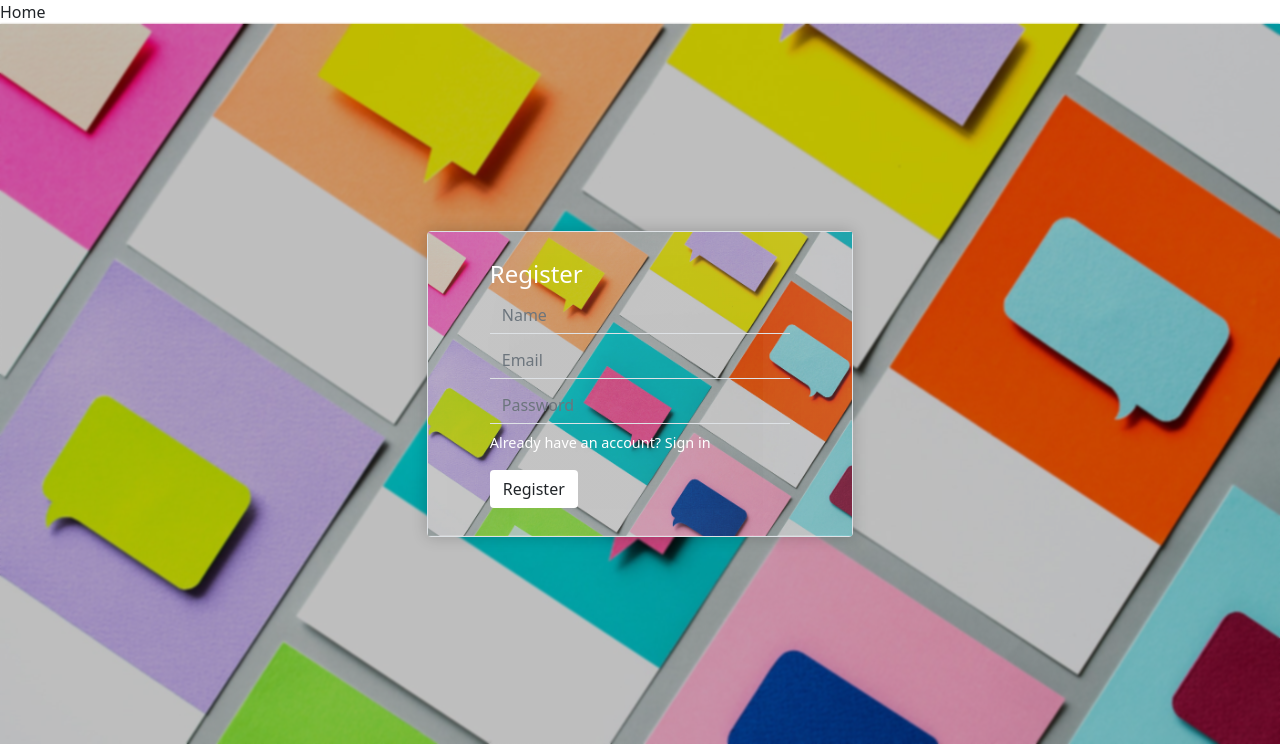
Repository: SaudCh/React-login
Page: /register
The author's editor kept a copy of each file at every save. The page is drawn from the files as they stood at one save, then again after the next save.
The browser window is 1280 px wide. The pictures show the whole page.
The project was rebuilt for these pictures with package versions that can differ from the ones it lists, and the page was loaded fresh each time. Also part of the build but not shown: src/Components/Login/logincss.js, src/Components/Login/loginValidation.js, src/Components/Login/Login.jsx.

Above is the page before, as saved 2022-02-06 13:45:09.

### src/App.js
import Login from './Components/Login/Login';
import Register from './Components/Register/Register'
import '../node_modules/bootstrap/dist/css/bootstrap.min.css'
import { Routes, Route } from 'react-router-dom'
import Home from './Components/Home/Home';

function App() {
  return (
    <>
      <Routes>
        <Route path="/" element={<Home />} />
        <Route path="*" element={<Home />} />
      </Routes >
      <Routes>
        <Route path="login" element={<Login />} />
        <Route path="register" element={<Register />} />
      </Routes>
    </>
  );
}

export default App;

### src/Components/Register/Register.jsx
import React, { useState } from "react";
import "./Register.css";
import { formStyle } from "./RegsiterCss";
import axios from "axios";
import { registrationValidation } from "./RegisterValidation";
import { Link } from "react-router-dom";

export default function Register() {
  const [name, setName] = useState();
  const [email, setEmail] = useState();
  const [password, setPassword] = useState();
  const [error, setError] = useState("");

  const formSubmit = (e) => {
    setError("");
    e.preventDefault();
    const data = {
      name: name,
      email: email,
      password: password,
    };

    const errors = registrationValidation(data);

    console.log(Object.keys(errors).length);

    if (Object.keys(errors).length !== 0) {
      setError(errors);
      return;
    }

    axios
      .post("http://localhost:5000/api/user/register", data)
      .then(function (response) {
        console.log(response);
      })
      .catch(function (error) {
        let err;
        if (error.response) {
          err = error.response.data.message;
        } else if (error.request) {
          err = error.toJSON().message;
        } else {
          err = error.message;
        }
        setError({ api: err });
      });
  };

  return (
    <div>
      <div className="container-fluid">
        <div className="row background-image">
          <div className="col-10 col-md-4 background-text border rounded">
            <form onSubmit={formSubmit} className="col-9">
              {error.api && <p className="text-danger p-0 m-0">{error.api}</p>}
              <div className="my-2">
                <h4 className="text-white">Register </h4>
              </div>
              <div className="my-2">
                <input
                  type="text"
                  style={formStyle}
                  value={name}
                  onChange={(name) => setName(name.target.value)}
                  className="form-control border-bottom hlo"
                  id="name"
                  placeholder="Name"
                />
                {error.name && (
                  <p className="text-danger p-0 m-0">{error.name}</p>
                )}
              </div>
              <div className="form-group my-2">
                <input
                  style={formStyle}
                  value={email}
                  onChange={(email) => setEmail(email.target.value)}
                  type="email"
                  class="form-control border-bottom"
                  id="email"
                  placeholder="Email"
                />
                {error.email && (
                  <p className="text-danger p-0 m-0">{error.email}</p>
                )}
              </div>
              <div className="form-group my-2">
                <input
                  style={formStyle}
                  value={password}
                  onChange={(password) => setPassword(password.target.value)}
                  type="password"
                  class="form-control border-bottom"
                  id="password"
                  placeholder="Password"
                />
                {error.password && (
                  <p className="text-danger p-0 m-0">{error.password}</p>
                )}
              </div>
              <div className="my-2">
                <div>
                  <p className="text-white" style={{ fontSize: "0.9rem" }}>
                    Already have an account?{" "}
                    <Link
                      to="/login"
                      class="text-white"
                      style={{ textDecoration: "none" }}
                    >
                      Sign in
                    </Link>
                  </p>
                </div>
                <button className="btn" style={{ backgroundColor: "white" }}>
                  Register
                </button>
              </div>
            </form>
          </div>
        </div>
      </div>
    </div>
  );
}

### src/Components/Login/Login.css
:root {
  --primary: rgba(254, 113, 145, 0.4);
  --secondary: rgba(255, 133, 133, 0.4);
}
.login-background-image {
  height: 100vh;
  width: 100vw;

  background: linear-gradient(to top right, var(--primary), var(--secondary)),
    url("../Images/back.jpg") no-repeat center center / cover;
}

.login-btn {
  width: 100%;
  border: none;
  border-radius: 25px;
  padding: 5px 0;
  color: white;
  background: linear-gradient(
    to right,
    rgb(254, 113, 145),
    rgb(255, 133, 133)
  );
}

input:hover,
input:active,
input:focus,
input:-webkit-autofill {
  outline: 0px !important;
  -webkit-appearance: none;
  box-shadow: none !important;
}
input:-webkit-autofill,
input:-webkit-autofill:focus {
  transition: background-color 600000s 0s, color 600000s 0s;
}

### src/Components/Register/Register.css
.background-image {
  background-image: linear-gradient(rgba(0, 0, 0, 0.2), rgba(0, 0, 0, 0.2)),
    url("../Images/back.jpg");
  background-position: center;
  background-repeat: no-repeat;
  background-size: cover;

  height: 100vh;
  justify-content: center;
  align-items: center;

  position: relative;
  z-index: 1;
}
.background-image::before {
  content: "";
  position: absolute;
  background: inherit;
  top: 0;
  bottom: 0;
  left: 0;
  right: 0;
  filter: blur(1px);
  z-index: -1;
}

.background-text {
  padding: 20px 0px;
  display: flex;
  justify-content: center;
  align-items: center;

  box-shadow: 0 0 1rem 0 rgba(0, 0, 0, 0.2);
  position: relative;
  background: inherit;
  z-index: 1;
}
.background-text::before {
  content: "";
  position: absolute;
  background: inherit;
  top: 0;
  bottom: 0;
  left: 0;
  right: 0;
  box-shadow: inset 0 0 2000px rgba(255, 255, 255, 0.3);
  /* filter: blur(1px); */
  z-index: -1;
}

input:hover,
input:active,
input:focus,
input:-webkit-autofill {
  outline: 0px !important;
  -webkit-appearance: none;
  box-shadow: none !important;
}
input:-webkit-autofill,
input:-webkit-autofill:focus {
  transition: background-color 600000s 0s, color 600000s 0s;
}

### src/Components/Register/RegsiterCss.js
export const formStyle = {
    backgroundColor: "transparent",
    color: "white",
    border: "none",
    borderRadius: 0,
};

### src/Components/Register/RegisterValidation.js
export const registrationValidation = (data) => {
    let errors = {};

    if (!data.name) {
        errors.name = "Name is Required."
    }
    if (!data.email) {
        errors.email = "Email Is Required."
    }
    else if (!/\S+@\S+\.\S+/.test(data.email)) {
        errors.email = "Invalid Email"
    }
    if (!data.password) {
        errors.password = "Password is required."
    }
    else if (data.password.length < 6) {
        errors.password = "Password Must be more than Six Characters"
    }
    return errors;

}

Loaded but not shown: public/index.html (common file); src/index.js (common file); src/index.css (common file); src/reportWebVitals.js (common file); src/Components/Home/Home.jsx (common file)

After the next save:
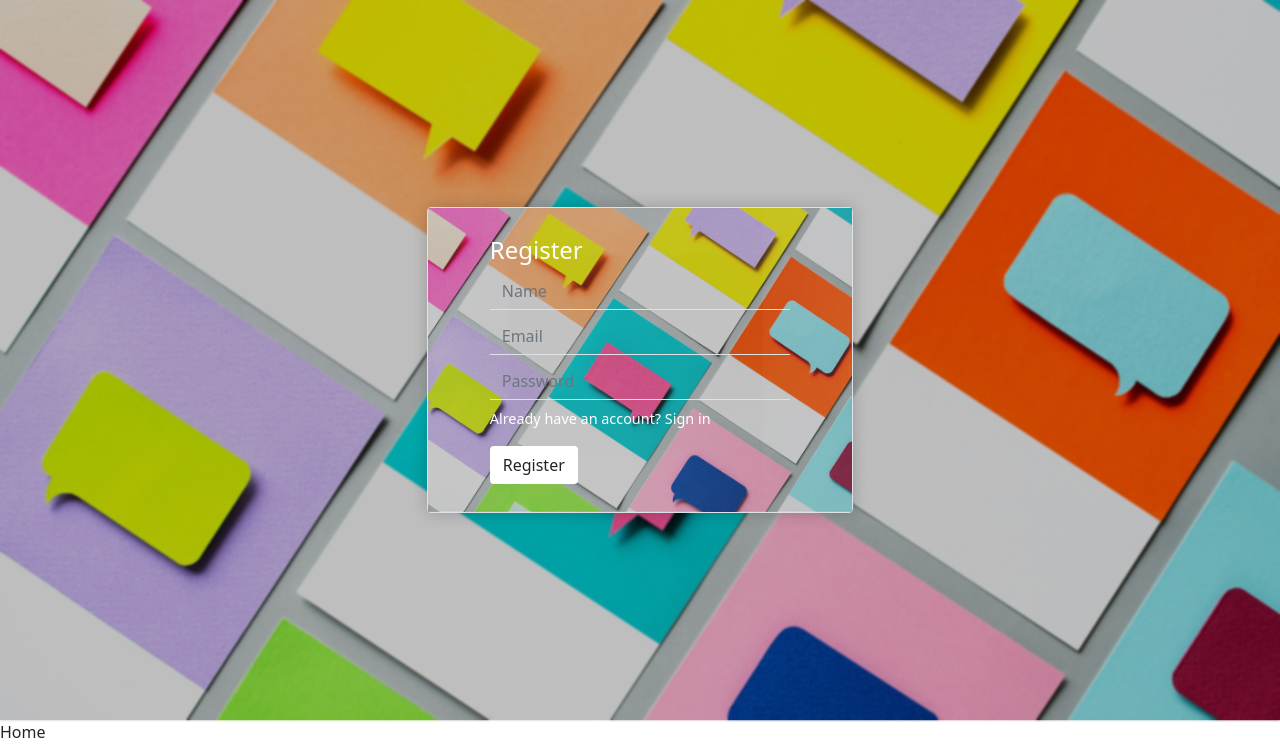
Saved 23 s later.
--- a/src/App.js
+++ b/src/App.js
@@ -8,13 +8,13 @@ function App() {
   return (
     <>
       <Routes>
+        <Route path="login" element={<Login />} />
+        <Route path="register" element={<Register />} />
+      </Routes>
+      <Routes>
         <Route path="/" element={<Home />} />
         <Route path="*" element={<Home />} />
       </Routes >
-      <Routes>
-        <Route path="login" element={<Login />} />
-        <Route path="register" element={<Register />} />
-      </Routes>
     </>
   );
 }
